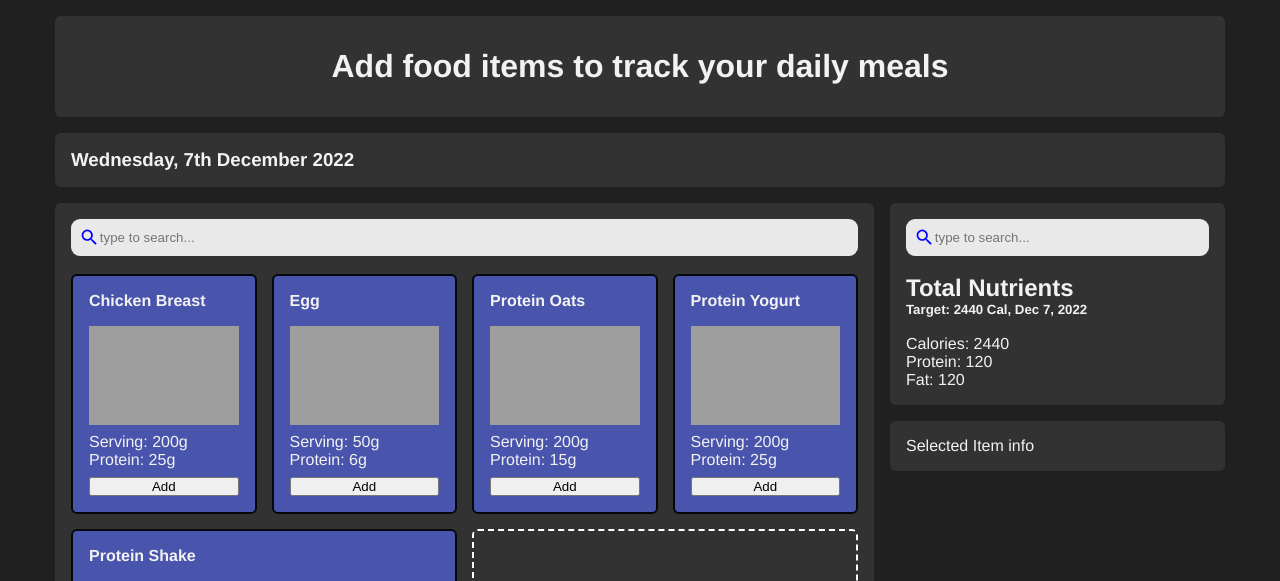
Repository: CEEPREL/NutritionTracker
Page: /
These files come from the project's save history. The page is drawn as it stood at one moment and after the next save; the edit follows.
The browser window is 1280 px wide. The pictures show the part of the page from y = 0 to 581 px (the page is 936 px tall before and 736 px after).
Pictures or frames that could not be fetched are drawn as grey boxes. The project was rebuilt for these pictures with package versions that can differ from the ones it lists, and the page was loaded fresh each time. Also part of the build but not shown: vite.config.js.

Above is the page before, as saved 2022-12-08 20:16:18.

After the next save:
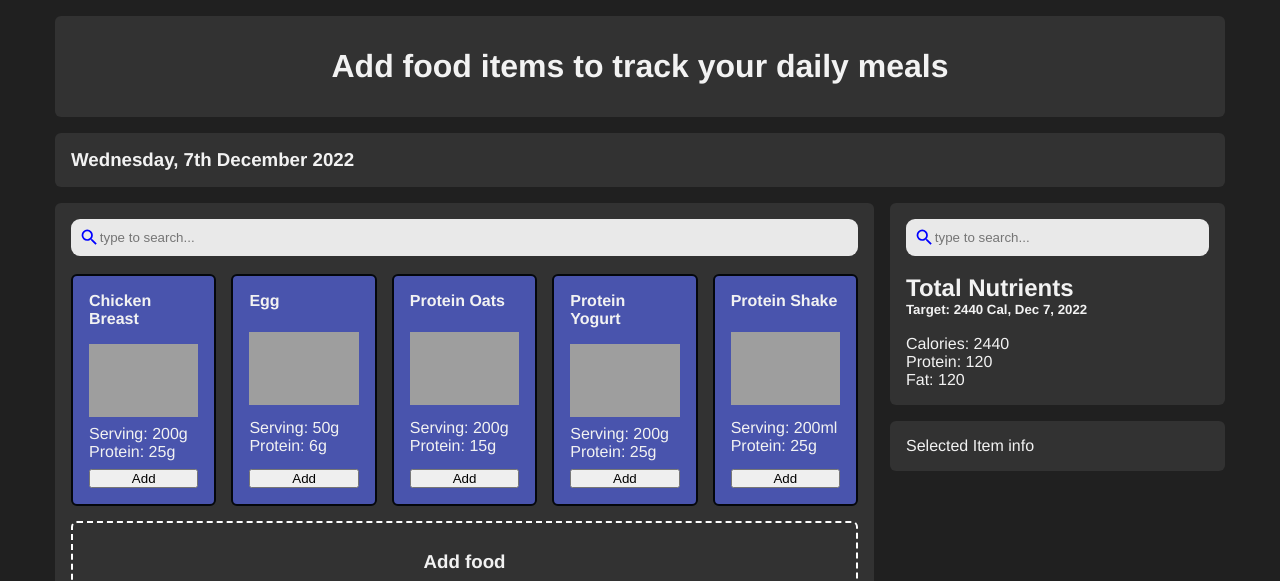
Saved 13 s later.
--- a/src/App.css
+++ b/src/App.css
@@ -72,7 +72,7 @@
 
 .food-card {
   min-height:7rem;
-  min-width:10rem;
+  min-width:9rem;
 
   border-radius: 6px;
   background-color: #4954ad;

After the save that followed:
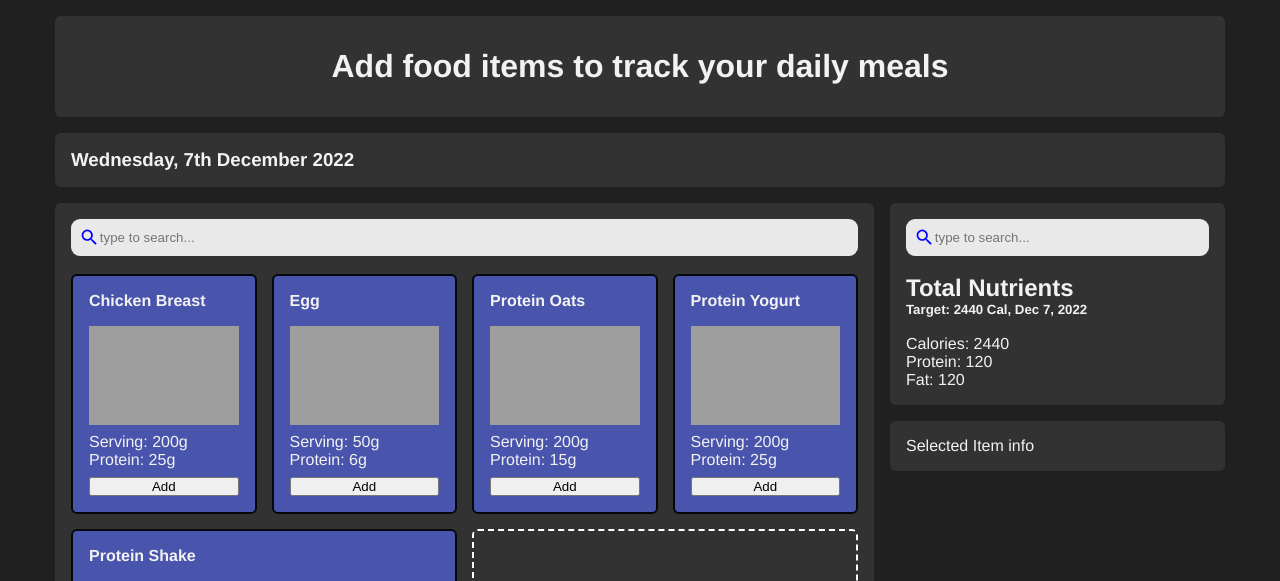
Saved 18 s later.
--- a/src/App.css
+++ b/src/App.css
@@ -72,7 +72,7 @@
 
 .food-card {
   min-height:7rem;
-  min-width:9rem;
+  min-width:10rem;
 
   border-radius: 6px;
   background-color: #4954ad;
